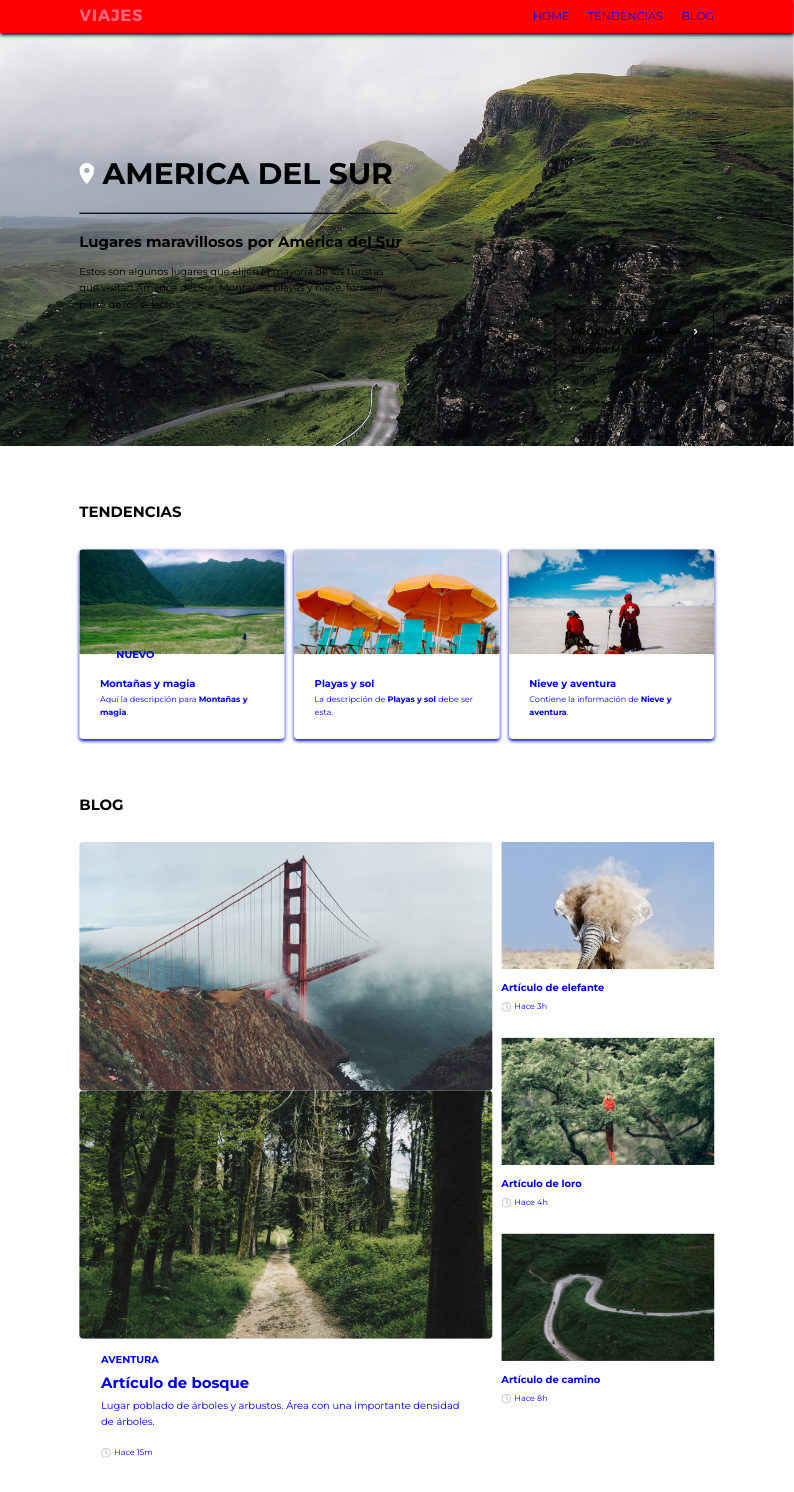
Repository: agustin-mesa/viajes
Page: /
The author's editor kept a copy of each file at every save. The page is drawn from the files as they stood at one save, then again after the next save.
The browser window is 1280 px wide. The pictures show the whole page, at 62% of full size.
The project was rebuilt for these pictures with package versions that can differ from the ones it lists, and the page was loaded fresh each time. Also part of the build but not shown: src/components/styles/colors.module.scss.

Above is the page before, as saved 2021-11-14 02:29:19.

### public/index.html
<!DOCTYPE html>
<html lang="es">
  <head>
    <meta name="author" content="Mauro Agustín Mesa" />
    <meta charset="utf-8" />
    <meta name="viewport" content="width=device-width, initial-scale=1" />
    <meta name="theme-color" content="#000000" />
    <meta
      name="description"
      content="Web site created using create-react-app"
    />
    <title>React App</title>
  </head>
  <body>
    <noscript>You need to enable JavaScript to run this app.</noscript>
    <div id="root"></div>
  </body>
</html>

### src/index.js
import React from "react";
import ReactDOM from "react-dom";
import App from "./App";
import "./index.css";

const Index = () => {
  return <App />;
};

ReactDOM.render(<Index />, document.getElementById("root"));

### src/App.js
import React from "react";
import Header from "./components/Header";
import Home from "./pages/Home";
import Tendencias from "./pages/Tendencias";
import Blog from "./pages/Blog";
import Footer from "./components/Footer";

const App = () => {
  return (
    <>
      <Header />
      <Home />
      <Tendencias />
      <Blog />
      <Footer />
    </>
  );
};

export default App;

### src/index.css
@import url("https://fonts.googleapis.com/css2?family=Montserrat:wght@100;200;300;400;500;600;700&display=swap");
@import url("https://fonts.googleapis.com/css2?family=Montserrat:wght@100;200;300;400;500;600;700&family=Open+Sans:wght@400;500;600;700&display=swap");

* {
  margin: 0;
  padding: 0;
  list-style: none;
  text-decoration: none;
  border: none;
  outline: none;
  scroll-behavior: smooth;
}

body {
  margin: 0;
  -webkit-font-smoothing: antialiased;
  -moz-osx-font-smoothing: grayscale;
  font-family: "Montserrat", "Open Sans", sans-serif;
}

code {
  font-family: source-code-pro, Menlo, Monaco, Consolas, "Courier New",
    monospace;
}

@media only screen and (max-width: 800px) {
  #root {
    font-size: 14px;
  }
}

### src/components/Header.js
import React, { useState } from "react";
import { useMediaQuery } from "react-responsive";
import styled, { keyframes } from "styled-components";

// Colors
import * as colors from "./styles/colors.module.scss";

// LOGO
import logo from "../Assets/logo/logo_01.svg";

// Iconos
import icHamburguer from "../Assets/iconos/hamburguer_menu.svg";
import icTimesExit from "../Assets/iconos/times_exit.svg";

const Header = () => {
  const [hamburguerMenu, changeHamburguerMenu] = useState(false);

  const isTabletOrMobile = useMediaQuery({ query: "(max-width: 764px)" });

  return (
    <ContainerHeader>
      <nav>
        <div className="nav__logo">
          <a href="#home">
            <img src={logo} alt="Viajes" />
          </a>
        </div>

        <div className="nav__menu">
          {isTabletOrMobile && (
            <img
              src={!hamburguerMenu ? icHamburguer : icTimesExit}
              alt=""
              onClick={() => changeHamburguerMenu(!hamburguerMenu)}
            />
          )}
          {hamburguerMenu && (
            <div
              className="bgAction"
              onClick={() => changeHamburguerMenu(!hamburguerMenu)}
            ></div>
          )}

          <ul
            className={`nav__list ${
              isTabletOrMobile && `${!hamburguerMenu && "off"}`
            }`}
          >
            <li>
              <a href="#home">HOME</a>
            </li>
            <li>
              <a href="#tendencias">TENDENCIAS</a>
            </li>
            <li>
              <a href="#blog">BLOG</a>
            </li>
          </ul>
        </div>
      </nav>
    </ContainerHeader>
  );
};

const showMenu = keyframes`
  0%{
    opacity: 0;
  }
  100%{
    opacity:1;
  }
`;

const ContainerHeader = styled.header`
  position: fixed;
  top: 0;
  left: 0;
  right: 0;
  z-index: 999;
  background: red;
  background: ${colors.white};
  box-shadow: 0px 3px 6px ${colors.blackOpac};
  nav {
    display: flex;
    flex-direction: row;
    justify-content: space-between;
    align-items: center;
    padding: 15px 10%;
  }
  .header__logo a img {
    width: 100px;
  }
  .nav__list {
    display: flex;
    flex-direction: row;
    justify-content: flex-end;
    align-items: center;
  }
  .nav__list li a {
    padding: 15px 15px;
    font: normal normal normal 1.125em/0.8125em Montserrat;
    color: ${colors.blueRelax};
    transition: all 0.2s ease;
  }
  .nav__list li a:hover {
    color: ${colors.darkblue};
  }
  .nav__list li:last-child a {
    padding: 15px 0 15px 15px;
  }

  @media only screen and (max-width: 768px) {
    nav .nav__logo a img {
      width: 80px;
    }
    .nav__menu img {
      position: fixed;
      top: 15px;
      right: 10%;
      z-index: 999;
    }
    .nav__menu .bgAction {
      position: fixed;
      top: 0;
      bottom: 0;
      left: 0;
      right: 0;
      background: ${colors.darkblueOpac};
      animation: ${showMenu} 0.5s ease;
    }
    .nav__list {
      position: fixed;
      top: 0;
      bottom: 0;
      right: 0;
      width: 60%;
      background: ${colors.white};
      flex-direction: column;
      justify-content: flex-start;
      animation: ${showMenu} 0.5s ease;
      align-items: flex-start;
      padding: 70px 0 0;
    }
    .nav__list li {
      padding: 10px;
      width: 100%;
    }
    .nav__list li a {
      padding: 10px;
      color: ${colors.darkblue};
      font: normal normal normal 1.2em/0.9em Montserrat;
    }
    .nav__list li:last-child a {
      padding: 10px;
    }
    .off {
      display: none;
    }
  }
`;

export default Header;

### src/pages/Home.js
import React from "react";
import styled from "styled-components";

import * as colors from "../components/styles/colors.module.scss";

// IMG
import viajesHero from "../Assets/img/Viajes_Hero.jpg";
import icPin from "../Assets/iconos/ic_pin.svg";
import icArrow from "../Assets/iconos/arrow.svg";

// Importo etiquetas default con estilos propios
import { Parrafo, Span, H3, H5 } from "../components/styles/stylesDefault";

const Home = () => {
  return (
    <ContainerHome id="home">
      <HeroWrapper>
        <div className="hero__title">
          <h1>
            <img src={icPin} alt="Pin" /> AMERICA DEL SUR
          </h1>
          <hr />
          <H3 color="white">Lugares maravillosos por America del Sur</H3>
          <Parrafo>
            Estos son algunos lugares que elijen la mayoría de los turistas que
            visitan America del Sur. Montañas, playas y nieve, forman parte de
            los selectos.
          </Parrafo>
        </div>
        <div className="hero__info">
          <H5>
            PRÓXIMA AVENTURA <img src={icArrow} alt="Arrow" />
          </H5>
          <Span color="white">Europa Meridional</Span>
          <p>
            Forman parte veinte países. <br />
            ej. España, Francia, etc.
          </p>
        </div>
      </HeroWrapper>
      <div className="slider">
        <span>01</span>
      </div>
    </ContainerHome>
  );
};

const ContainerHome = styled.div`
  width: 100%;
  height: 100vh;
  background-image: url(${viajesHero});
  background-size: cover;
  background-position: center;

  .slider {
    position: absolute;
    width: 13%;
    bottom: 60px;
    display: flex;
    align-items: center;
    justify-content: flex-end;
    z-index: 1;
  }

  .slider span {
    display: flex;
    align-items: center;
    justify-content: center;
    width: 45px;
    height: 45px;
    background: ${colors.white};
    border-radius: 50px;
    font: normal normal bold 0.875em/1.375em Montserrat;
  }
  .slider span::after {
    content: "";
    position: absolute;
    width: 70px;
    height: 70px;
    background: ${colors.whiteOpac};
    border-radius: 50px;
    z-index: -2;
  }
  .slider span::before {
    content: "";
    position: absolute;
    left: 0;
    width: 100%;
    height: 5px;
    background: ${colors.pink};
    z-index: -1;
  }
  @media only screen and (max-width: 920px) {
    .slider {
      width: 20%;
    }
  }
  @media only screen and (max-width: 480px) {
    .slider span {
      width: 35px;
      height: 35px;
    }
    .slider span::after {
      width: 50px;
      height: 50px;
    }
  }
`;

const HeroWrapper = styled.div`
  position: absolute;
  top: 0;
  bottom: 0;
  left: 10%;
  right: 10%;
  display: flex;
  align-items: center;

  .hero__title {
    display: flex;
    align-items: flex-start;
    justify-content: center;
    flex-direction: column;
    color: ${colors.white};
  }

  .hero__title h1 {
    font: normal normal bold 3em/2.625em Montserrat;
  }
  .hero__title hr {
    width: 50%;
    border-bottom: 2px solid ${colors.white};
    margin: 0 0 20px;
    background: ${colors.white};
  }

  .hero__info {
    position: absolute;
    right: 0;
    bottom: 70px;
    background: ${colors.darkblueOpac} 0% 0% no-repeat padding-box;
    border: 2px dashed ${colors.whiteOpac};
    border-radius: 6px;
    padding: 25px;
  }

  .hero__info p {
    font: normal normal 300 0.875em/1.375em Montserrat;
    color: ${colors.white};
    margin: 10px 0 0;
  }

  @media only screen and (max-width: 800px) {
    .hero__info {
      display: none;
    }
    .hero__title p {
      width: 80%;
    }
    .hero__title hr {
      width: 85%;
    }
  }
  @media only screen and (max-width: 650px) {
    .hero__info,
    .hero__title p {
      display: none;
    }
    .hero__title hr {
      width: 85%;
    }
  }
  @media only screen and (max-width: 580px) {
    .hero__title h1 {
      font: normal normal bold 1.7em/3em Montserrat;
    }
    .hero__title h1 img {
      width: 12px;
    }
    .hero__title h3 {
      font: normal normal bold 1.4em/2.4em Montserrat;
    }
    .hero__title hr {
      width: 100%;
      margin: 15px 0 20px;
    }
  }
`;

export default Home;

### src/pages/Tendencias.js
import React from "react";
import styled from "styled-components";

// Colors
import * as colors from "../components/styles/colors.module.scss";

// IMG
import card01 from "../Assets/img/card_01.png";
import card02 from "../Assets/img/card_02.png";
import card03 from "../Assets/img/card_03.png";

// Importo etiquetas default con estilos propios
import { H3 } from "../components/styles/stylesDefault";

// Components
import TendenciaItem from "../components/TendenciaItem";

const Tendencias = () => {
  // Simulo una base de datos para luego imprimir cada CARD.
  // Aunque también se podría hacer manualmente usando el componente
  // TendenciaItem y usar sus props, pero la manera más eficiente es el de
  // simular una base de datos; tranquilamente se muestra cada CARD con tan solo
  // agregar un objeto más dentro del array.
  const tendencias = [
    {
      src: card01,
      isNew: true,
      titulo: "Montañas y magia",
      descripcion: (
        <>
          Aquí la descripción para <b>Montañas y magia</b>.
        </>
      ),
    },
    {
      src: card02,
      isNew: false,
      titulo: "Playas y sol",
      descripcion: (
        <>
          La descripción de <b>Playas y sol</b> debe ser esta.
        </>
      ),
    },
    {
      src: card03,
      isNew: false,
      titulo: "Nieve y aventura",
      descripcion: (
        <>
          Contiene la información de <b>Nieve y aventura</b>.
        </>
      ),
    },
  ];

  return (
    <ContainerTendencias id="tendencias">
      <div className="tendencias">
        <div className="tendencias__header">
          <H3 color="darkblue">TENDENCIAS</H3>
        </div>
        <div className="tendencias__body">
          {tendencias.map((tendencia, i) => {
            return (
              <TendenciaItem
                src={tendencia.src}
                nuevo={tendencia.isNew}
                titulo={tendencia.titulo}
                descripcion={tendencia.descripcion}
                key={i}
              />
            );
          })}
        </div>
      </div>
    </ContainerTendencias>
  );
};

const ContainerTendencias = styled.section`
  padding: 80px 10%;
  background: ${colors.grey};

  .tendencias__body {
    display: grid;
    grid-template-columns: repeat(3, 1fr);
    grid-template-rows: auto;
    row-gap: 40px;
    -moz-column-gap: 15px;
    column-gap: 15px;

    margin: 35px 0 0;
  }
  .tendencias__body div:last-child {
    margin: 0;
  }
  .tendencias__header {
    width: 100%;
  }

  @media only screen and (max-width: 800px) {
    .tendencias__body {
      grid-template-columns: repeat(2, 1fr);
    }
    .tendencias__body .tendencia-item:nth-child(3) {
      display: none;
    }
  }
  @media only screen and (max-width: 600px) {
    .tendencias__body {
      grid-template-columns: repeat(1, 1fr);
    }
    .tendencias__body .tendencia-item:nth-child(2) {
      display: none;
    }
  }
`;

export default Tendencias;

### src/pages/Blog.js
import React from "react";
import styled from "styled-components";

// Colors
import * as colors from "../components/styles/colors.module.scss";

// IMG
import artBig01 from "../Assets/img/articulo_big_01.png";
import artBig02 from "../Assets/img/articulo_big_02.png";
import artSmall01 from "../Assets/img/articulo_small_01.png";
import artSmall02 from "../Assets/img/articulo_small_02.png";
import artSmall03 from "../Assets/img/articulo_small_03.png";

// Importo etiquetas default con estilos propios
import { H3 } from "../components/styles/stylesDefault";

// Components
import BigNewItem from "../components/BigNewItem";
import SmallNewItem from "../components/SmallNewItem";

const Blog = () => {
  const articulosBig = [
    {
      src: artBig01,
      tipo: "CIUDAD",
      titulo: "Artículo de puente",
      descripcion:
        "Un puente es una construcción que permite salvar un accidente geográfico como un río.",
      time: "2m",
    },
    {
      src: artBig02,
      tipo: "AVENTURA",
      titulo: "Artículo de bosque",
      descripcion:
        "Lugar poblado de árboles y arbustos. Área con una importante densidad de árboles.",
      time: "15m",
    },
  ];

  const articulosSmall = [
    {
      src: artSmall01,
      titulo: "Artículo de elefante",
      time: "3h",
    },
    {
      src: artSmall02,
      titulo: "Artículo de loro",
      time: "4h",
    },
    {
      src: artSmall03,
      titulo: "Artículo de camino",
      time: "8h",
    },
  ];

  return (
    <ContainerBlog id="blog">
      <div className="blog__header">
        <H3 color="darkblue">BLOG</H3>
      </div>
      <div className="blog__body">
        <div className="body__article">
          {articulosBig.map((articulo, i) => {
            return (
              <BigNewItem
                src={articulo.src}
                tipo={articulo.tipo}
                titulo={articulo.titulo}
                descripcion={articulo.descripcion}
                time={articulo.time}
                key={i}
              />
            );
          })}
        </div>
        <div className="body__article2">
          {articulosSmall.map((articulo, i) => {
            return (
              <SmallNewItem
                src={articulo.src}
                titulo={articulo.titulo}
                time={articulo.time}
                key={i}
              />
            );
          })}
        </div>
      </div>
    </ContainerBlog>
  );
};

const ContainerBlog = styled.section`
  position: relative;
  padding: 0 10% 40px;
  background: linear-gradient(180deg, ${colors.grey} 20%, ${colors.white} 0%);

  .blog__body {
    display: grid;
    grid-template-columns: 65% 1fr;
    grid-template-rows: auto;
    row-gap: 40px;
    -moz-column-gap: 15px;
    column-gap: 15px;
    margin: 35px 0 0;
  }
  .body__article {
    display: flex;
    flex-direction: column;
    width: 100%;
  }
  .body__article2 {
    display: grid;
    grid-template-rows: auto 1fr;
    row-gap: 40px;
  }
  article:last-child {
    margin: 0;
  }
  @media only screen and (max-width: 800px) {
    .blog__header {
      padding: 0 10%;
    }
    .blog__body {
      grid-template-columns: repeat(1, 1fr);
    }
    .body__article2 {
      display: none;
    }
  }
  @media only screen and (max-width: 600px) {
    & {
      padding: 0 0 60px;
    }
    .body__article {
      overflow: hidden;
    }
    .body__article article {
      overflow: hidden;
      height: 430px;
      display: flex;
      justify-content: center;
    }
  }
`;

export default Blog;

### src/components/Footer.js
import React from "react";
import styled from "styled-components";

// Colors
import * as colors from "../components/styles/colors.module.scss";

// IMG
import logo from "../Assets/logo/logo_02.svg";
import icFacebook from "../Assets/iconos/facebook.svg";
import icInstagram from "../Assets/iconos/instagram.svg";

const Footer = () => {
  return (
    <ContainerFooter>
      <div>
        <img src={logo} alt="Viajes" />
      </div>
      <div className="redes">
        <img src={icInstagram} alt="Instagram" />
        <img src={icFacebook} alt="Facebook" />
      </div>
    </ContainerFooter>
  );
};

const ContainerFooter = styled.footer`
  background: ${colors.darkblue};
  padding: 40px 10%;
  display: flex;
  align-items: center;
  justify-content: space-between;

  .redes img:first-child {
    margin: 0 20px;
  }
  @media only screen and (max-width: 600px) {
    & {
      padding: 30px 10%;
    }
  }
`;

export default Footer;

### src/components/styles/stylesDefault.js
import styled from "styled-components";

// Colors
import * as colors from "./colors.module.scss";

const Parrafo = styled.p`
  margin: 10px 0 0;
  font: normal normal normal 1em/1.625em Montserrat;
  width: 50%;
  color: ${colors.white};
`;

const H3 = styled.h3`
  font: normal normal bold 1.5em/2.125em Montserrat;
  color: ${(props) => {
    if (props.color === "white") return colors.white;
    if (props.color === "darkblue") return colors.darkblue;
  }};
`;

const H5 = styled.h5`
  font: normal normal bold 1em/1.25em Montserrat;
  color: ${colors.pink};
  margin: 0 0 10px;
  img {
    margin: 0 0 0 15px;
  }
`;

const Span = styled.span`
  font: normal normal bold 1em/1.25em Montserrat;
  color: ${(props) => {
    if (props.color === "white") return colors.white;
    if (props.color === "darkblue") return colors.darkblue;
  }};
`;

export { Parrafo, Span, H3, H5 };

### src/components/TendenciaItem.js
import React from "react";
import styled from "styled-components";

// Colors
import * as colors from "./styles/colors.module.scss";

import { Span } from "./styles/stylesDefault";

const TendenciaItem = ({ src, nuevo, titulo, descripcion }) => {
  return (
    <TenItem className="tendencia-item" href="#">
      <div className="tendencia-item__img">
        <img src={src} alt={titulo} />
      </div>
      <div className="tendencia-item__new">{nuevo && <span>NUEVO</span>}</div>
      <div className="tendencia-item__descrip">
        <Span color="darkblue">{titulo}</Span>
        <p>{descripcion}</p>
      </div>
    </TenItem>
  );
};

const TenItem = styled.a`
  background: ${colors.white} 0% 0% no-repeat padding-box;
  box-shadow: 0px 3px 6px ${colors.blackOpac};
  border-radius: 6px;
  margin: 0 16px 0 0;
  width: 100%;
  overflow: hidden;

  .tendencia-item__img img {
    width: 100%;
  }
  .tendencia-item__new {
    width: 100%;
    position: relative;
  }

  .tendencia-item__new span {
    position: absolute;
    top: -20px;
    left: 15%;
    background: ${colors.pink};
    border-radius: 6px;
    padding: 10px;
    font: normal normal bold 1em/0.8125em Montserrat;
    color: ${colors.white};
  }
  .tendencia-item__descrip {
    padding: 10%;
  }
  .tendencia-item__descrip p {
    font: normal normal normal 0.8125em/1.6em Montserrat;
    color: ${colors.greyBlue};
    margin: 5px 0 0;
  }
`;

export default TendenciaItem;

### src/components/BigNewItem.js
import React from "react";
import styled from "styled-components";

// Importo etiquetas default con estilos propios
import { Span, H3, Parrafo } from "../components/styles/stylesDefault";
import Time from "./Time";

const BigNewItem = ({ src, tipo, titulo, descripcion, time }) => {
  return (
    <NewItemBig>
      <a href="#">
        <img className="img__bg" src={src} alt={titulo} />
        <div className="newItem__info">
          <div className="info__header">
            <Span color="white">{tipo}</Span>
          </div>
          <div className="info__body">
            <H3 color="white">{titulo}</H3>
            <Parrafo>{descripcion}</Parrafo>
            <Time time={time} />
          </div>
        </div>
      </a>
    </NewItemBig>
  );
};

const NewItemBig = styled.article`
  a {
    position: relative;
    border-radius: 6px;
    width: 100%;
    height: 100%;
    margin: 0 0 5%;
  }

  a .img__bg {
    width: 100%;
    max-width: 850px;
    height: 100%;
  }
  .newItem__info {
    position: absolute;
    top: 40px;
    left: 35px;
    right: 35px;
    bottom: 40px;
    display: flex;
    flex-direction: column;
    justify-content: space-between;
  }
  .info__body p {
    width: 100%;
    margin: 0 0 25px;
  }

  @media only screen and (max-width: 600px) {
    .img__bg {
      width: auto;
    }
  }

  @media only screen and (max-width: 530px) {
    .info__body p {
      display: none;
    }
  }
`;

export default BigNewItem;

### src/components/SmallNewItem.js
import React from "react";
import styled from "styled-components";

// Importo etiquetas default con estilos propios
import { Span } from "../components/styles/stylesDefault";

// Components
import Time from "./Time";

const SmallNewItem = ({ src, titulo, time }) => {
  return (
    <NewItemSmall>
      <a href="#">
        <img className="img__bg" src={src} alt={titulo} />
        <Span className="titulo" color="darkblue">
          {titulo}
        </Span>
        <Time time={time} />
      </a>
    </NewItemSmall>
  );
};

const NewItemSmall = styled.article`
  a {
    display: flex;
    align-items: start;
    justify-content: center;
    flex-direction: column;
  }
  a span.titulo {
    margin: 20px 0 10px;
  }
  a .img__bg {
    width: 100%;
  }
`;

export default SmallNewItem;

### src/components/Time.js
import React from "react";
import styled from "styled-components";

// Colors
import * as colors from "./styles/colors.module.scss";

// IMG
import icTime from "../Assets/iconos/time.svg";

const Time = ({ time }) => {
  return (
    <Timer>
      <img src={icTime} alt="Time" /> Hace {time}
    </Timer>
  );
};

const Timer = styled.span`
  display: flex;
  align-items: center;
  font: normal normal normal 0.8125em/1.625em Montserrat;
  color: ${colors.blueRelax};
  img {
    margin: 0 5px 0 0;
  }
`;
export default Time;

After the next save:
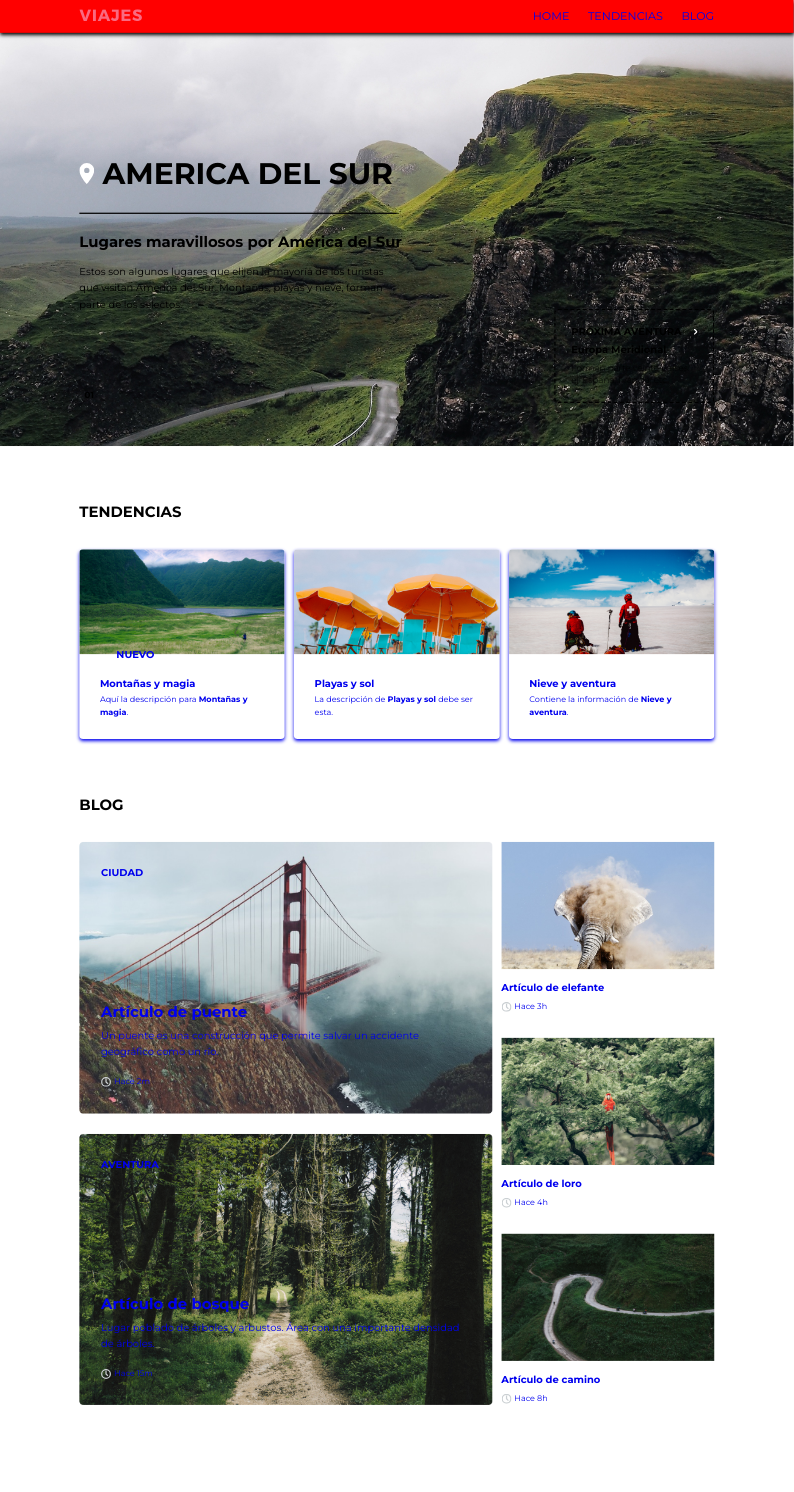
Saved 12 s later.
--- a/src/components/BigNewItem.js
+++ b/src/components/BigNewItem.js
@@ -26,12 +26,12 @@ const BigNewItem = ({ src, tipo, titulo, descripcion, time }) => {
 };
 
 const NewItemBig = styled.article`
+  position: relative;
+  border-radius: 6px;
+  width: 100%;
+  height: 100%;
+  margin: 0 0 5%;
   a {
-    position: relative;
-    border-radius: 6px;
-    width: 100%;
-    height: 100%;
-    margin: 0 0 5%;
   }
 
   a .img__bg {
